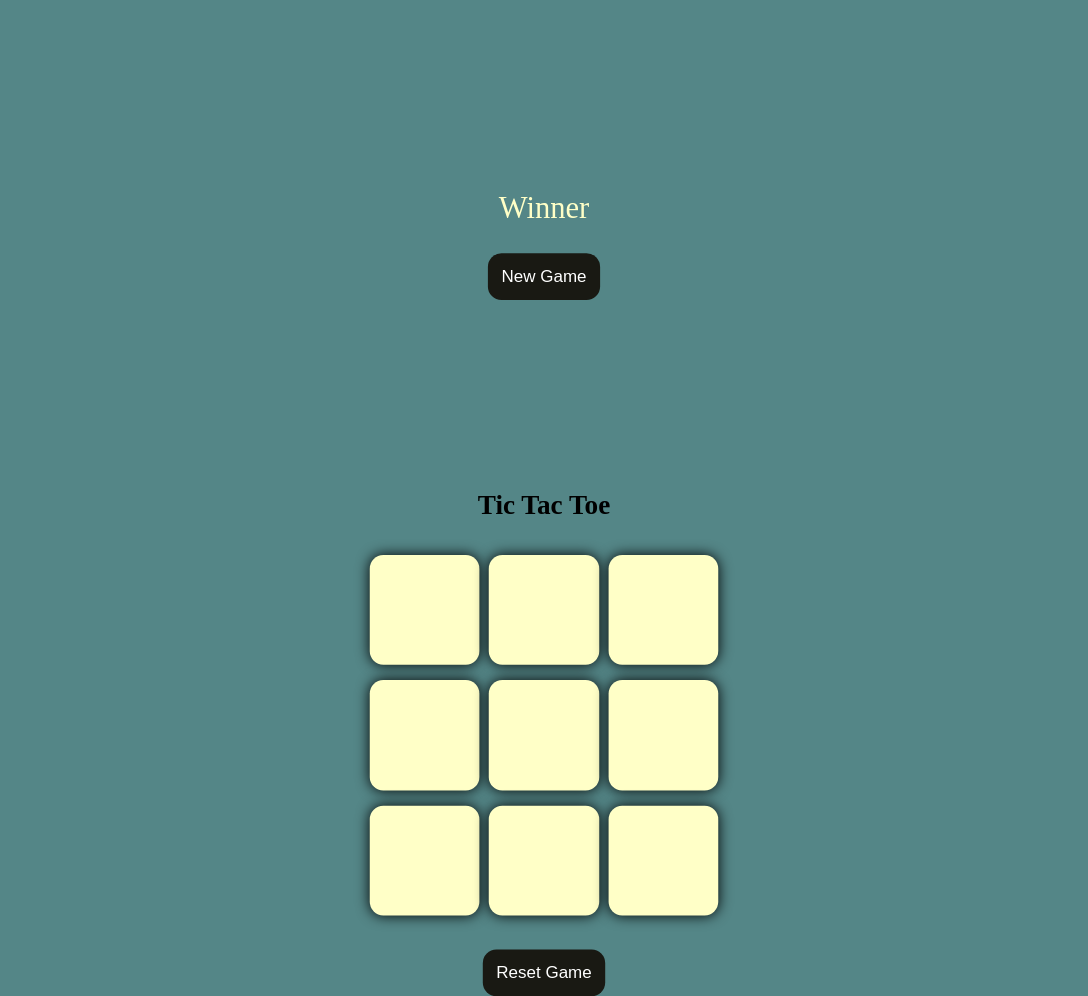
Repository: pankaj-shaw05/Tic-Tac-Toe
Page: index.html
These files come from the project's save history. The page is drawn as it stood at one moment and after the next save; the edit follows.
The browser window is 1280 px wide. The pictures show the whole page, at 85% of full size.

Above is the page before, as saved 2026-04-08 08:23:58.

### index.html
<!DOCTYPE html>
<html lang="en">
<head>
    <meta charset="UTF-8">
    <meta name="viewport" content="width=device-width, initial-scale=1.0">
    <title>Tic-Tac-Toe Game</title>
    <link rel="stylesheet" href="style.css"/>
</head>
<body>
    <div class="msg-container hide">
        <p id="msg">Winner</p>
        <button id="new-btn">New Game</button>
    </div>
    <main>
        <h1>Tic Tac Toe</h1>
        <div class="container">
        <div class="game">
            <button class="box"></button>
            <button class="box"></button>
            <button class="box"></button>
            <button class="box"></button>
            <button class="box"></button>
            <button class="box"></button>
            <button class="box"></button>
            <button class="box"></button>
            <button class="box"></button>
        </div>
        </div>
        <button id="reset-btn">Reset Game</button>
    </main>
    <script src="app.js"></script>
</body>
</html>

### style.css
* {
    margin: 0;
    padding: 0;

}

body {
    background-color: #548687;
    text-align: center;
}

.container {
    height: 70vh;
    display: flex;
    justify-content: center;
    align-items: center;
}

.game {
    height: 60vmin;
    width: 60vmin;
    display: flex;
    flex-wrap: wrap;
    justify-content: center;
    align-items: center;
    gap: 1.5vmin;
}

.box {
    height: 18vmin;
    width: 18vmin;
    border-radius: 1rem;
    border: none;
    box-shadow: 0 0 1rem rgba(0,0,0.3);
    font-size: 8vmin;
    color: #b0413e;
    background-color: #ffffc7;
}

#reset-btn {
    padding: 1rem;
    font-size: 1.25rem;
    background-color: #191913;
    color: #fff;
    border-radius: 1rem;
    border: none;
}

#new-btn {
    padding: 1rem;
    font-size: 1.25rem;
    background-color: #191913;
    color: #fff;
    border-radius: 1rem;
    border: none;
}

#msg {
    color: #ffffc7;
    font-size: 5vmin;
}

.msg-container {
    height: 80vmin;
    display: flex;
    justify-content: center;
    align-items: center;
    flex-direction: column;
    gap: 2rem;
}

.hide {
    /*display: none;*/
}

### app.js
let boxes = document.querySelectorAll(".box");
let resetBtn =document.querySelector("#reset-btn");
let newGameBtn =document.querySelector("#new-btn");
let msgContainer = document.querySelector(".msg-container");
let  msg = document.querySelector("#msg");

let turnO =true;

const winPatterns = [
    [0, 1, 2],
    [0, 3, 6],
    [0, 4, 8],
    [1, 4, 7],
    [2, 5, 8],
    [2, 4, 6],
    [3, 4, 5],
    [6, 7, 8],
];

const resetGame = () => {
    turnO =true;
    enableBoxes()
    msgContainer.classList.add("hide");
};


boxes.forEach((box) => {
    box.addEventListener("click", () => {
        if(turnO) {
            box.innerText = "O";
            turnO = false;
        }else{
            box.innerText = "X";
            turnO = true;
        }
        box.disabled =true;
        checkWinner();
    });

});

const disableBoxes =() => {
    for(let box of boxes) {
        box.disabled = true;
    }
};

const enableBoxes =() => {
    for(let box of boxes) {
        box.disabled = false;
        box.innerText ="";
    }
};

const showWinner =(winner) => {
    msg.innerText = `Cingratulations, Winner is ${winner}`;
    msgContainer.classList.remove("hide");
    disableBoxes();
}

const checkWinner = () => {
    for( let pattern of winPatterns) {
            let pos1val = boxes[pattern[0]].innerText
            let pos2val = boxes[pattern[1]].innerText
            let pos3val = boxes[pattern[2]].innerText

            if(pos1val !="" && pos2val !="" && pos3val != ""){
                if(pos1val === pos2val && pos2val === pos3val) {
                    showWinner(pos1val);
                }
            }
    }
};

newGameBtn.addEventListener("click",resetGame);
resetBtn.addEventListener("click",resetGame);

After the next save:
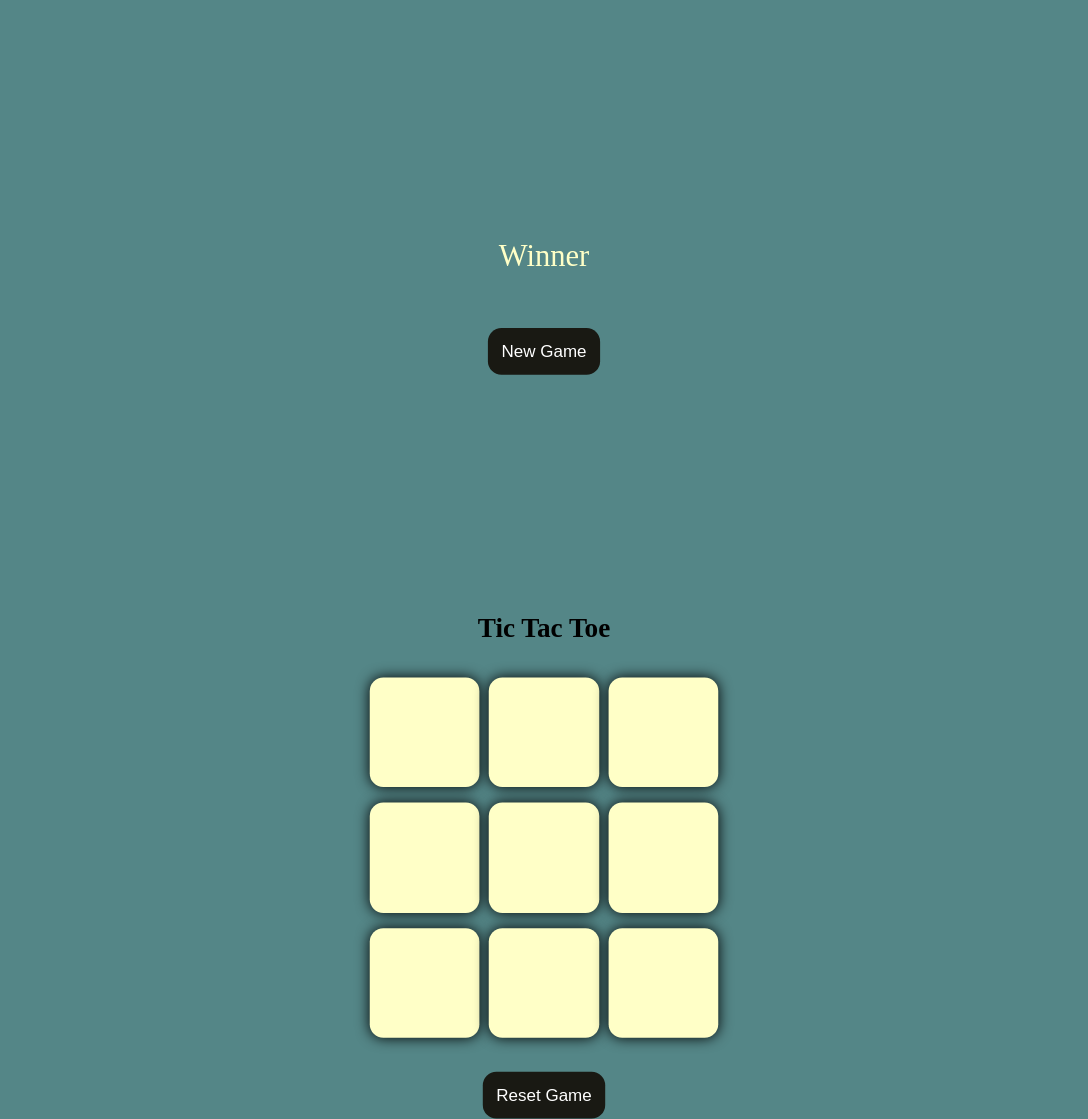
Saved 23 s later.
--- a/style.css
+++ b/style.css
@@ -61,12 +61,12 @@ body {
 }
 
 .msg-container {
-    height: 80vmin;
+    height: 100vmin;
     display: flex;
     justify-content: center;
     align-items: center;
     flex-direction: column;
-    gap: 2rem;
+    gap: 4rem;
 }
 
 .hide {
